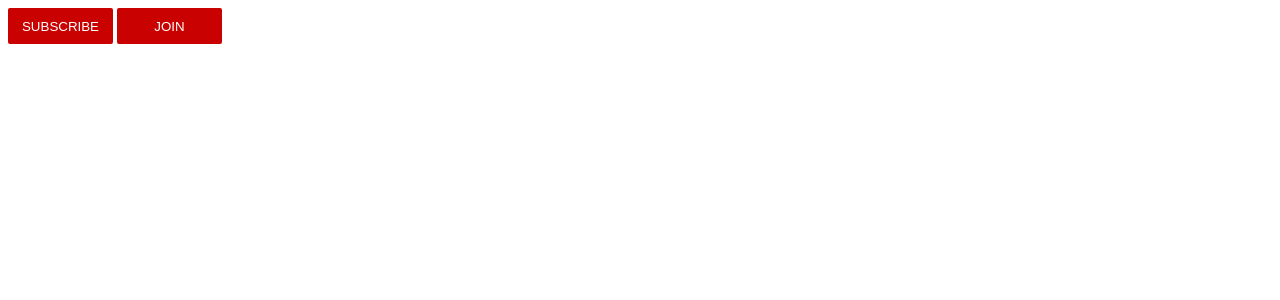
Repository: RagulRanjeeth/Frontend
Page: buttons.html
These files come from the project's save history. The page is drawn as it stood at one moment and after the next save; the edit follows.
The browser window is 1280 px wide. The pictures show the whole page.

Above is the page before, as saved 2026-01-19 12:44:06.

After the next save:
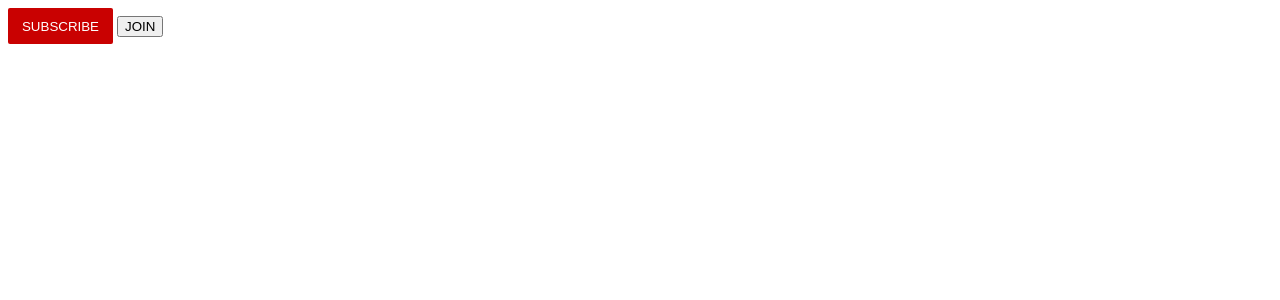
Saved 2 min 13 s later.
--- a/buttons.html
+++ b/buttons.html
@@ -1,5 +1,5 @@
 <style>
-    button
+    .subscrbeButton
     {
         background-color: rgb(201, 1, 1);
         color:white;

After the save that followed:
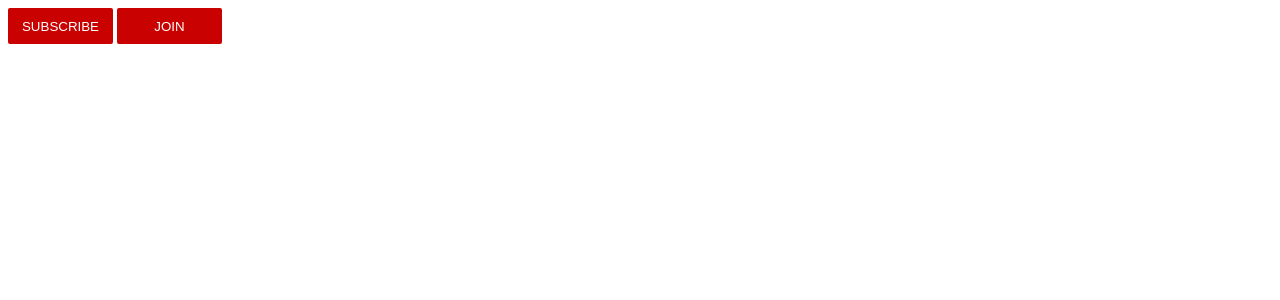
Saved 41 s later.
--- a/buttons.html
+++ b/buttons.html
@@ -13,7 +13,7 @@
 
 <button class="subscrbeButton">SUBSCRIBE</button>
 
-<button>JOIN</button>
+<button class="subscrbeButton">JOIN</button>
 
 
 
